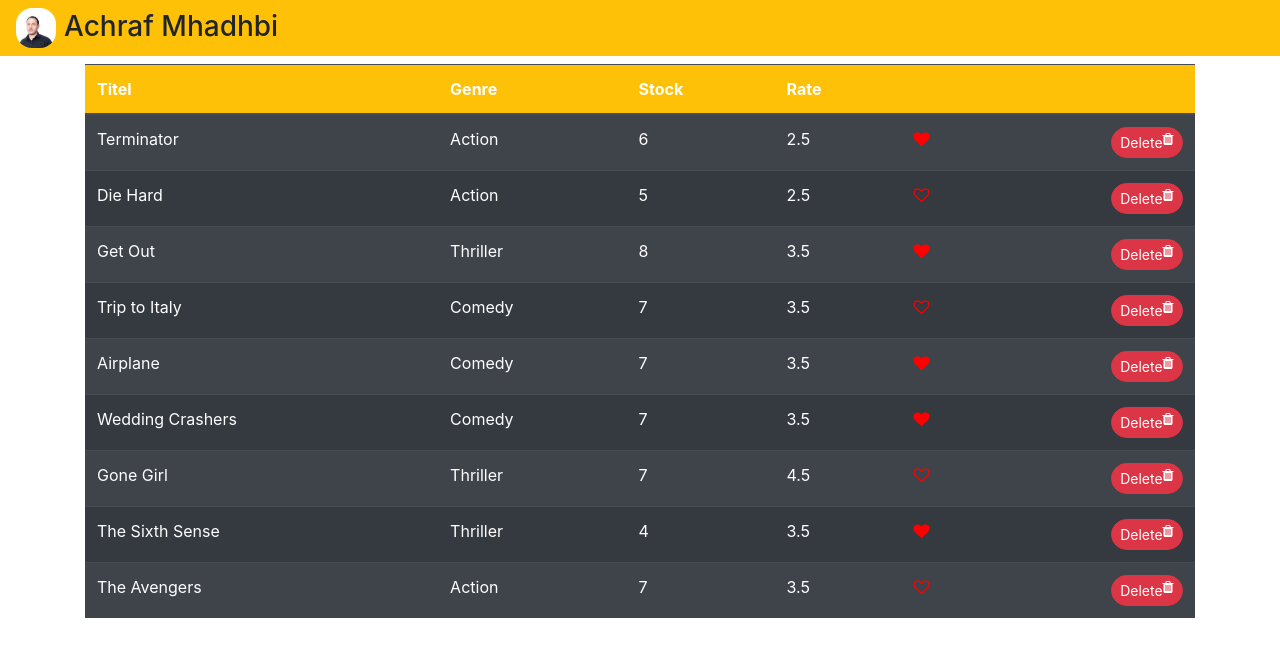
Repository: AMhadhbi/TecMovies-web-app
Page: /
These files come from the project's save history. The page is drawn as it stood at one moment and after the next save; the edit follows.
The browser window is 1280 px wide. The pictures show the whole page.
The project was rebuilt for these pictures with package versions that can differ from the ones it lists, and the page was loaded fresh each time.

Above is the page before, as saved 2021-03-08 22:03:33.

After the next save:
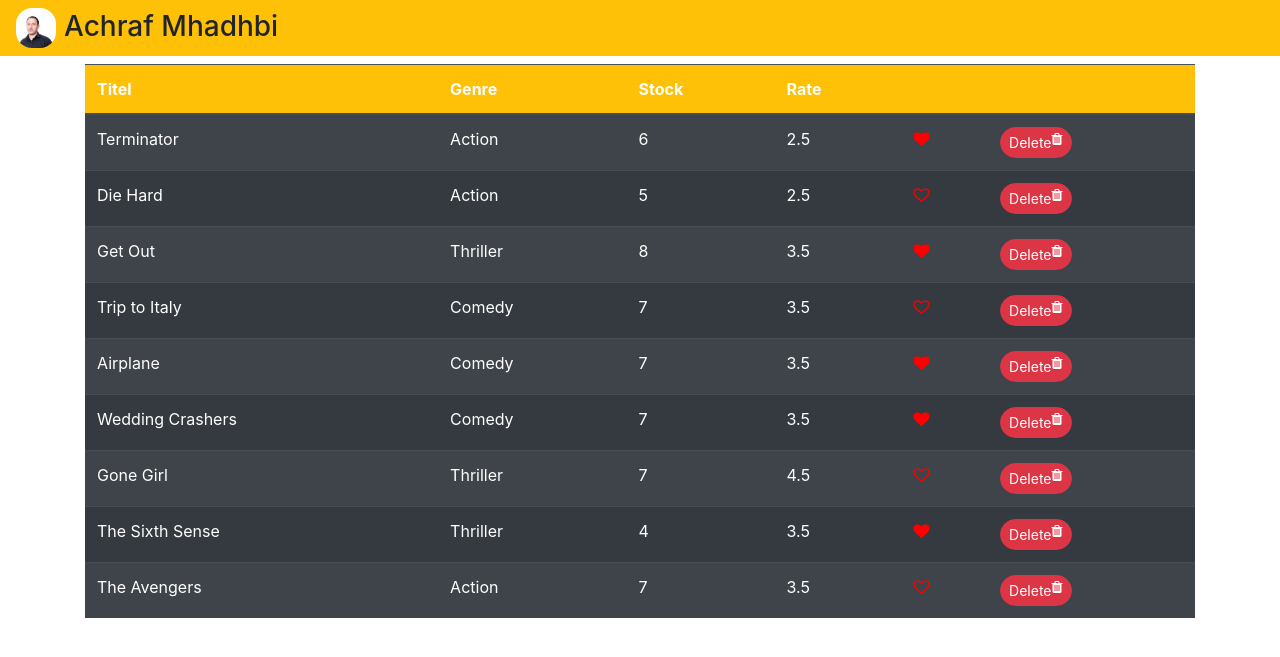
Saved 17 s later.
--- a/src/components/movies.jsx
+++ b/src/components/movies.jsx
@@ -47,7 +47,7 @@ class Movies extends Component {
                       OnLike={this.handleLike}/>
                     </td>
                     <td>
-                    <button className="btn btn-danger btn-sm float-right badge-pill"
+                    <button className="btn btn-danger btn-sm badge-pill"
                     onClick={ () => this.handelDelete(movie)} >Delete <i className="fa fa-trash float-right"/>
                     </button>
                     </td>
